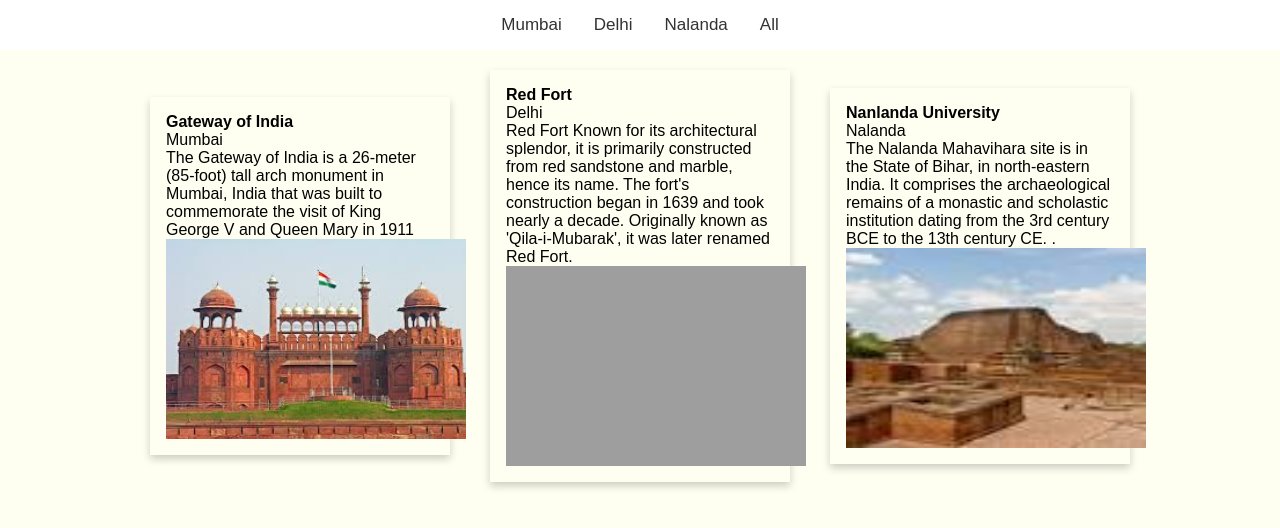
Repository: Muskan1Kumari4draw/React-app-with-concept
Page: /
The author's editor kept a copy of each file at every save. The page is drawn from the files as they stood at one save, then again after the next save.
The browser window is 1280 px wide. The pictures show the whole page.
Pictures or frames that could not be fetched are drawn as grey boxes. The project was rebuilt for these pictures with package versions that can differ from the ones it lists, and the page was loaded fresh each time.

Above is the page before, as saved 2024-10-02 11:13:06.

After the next save:
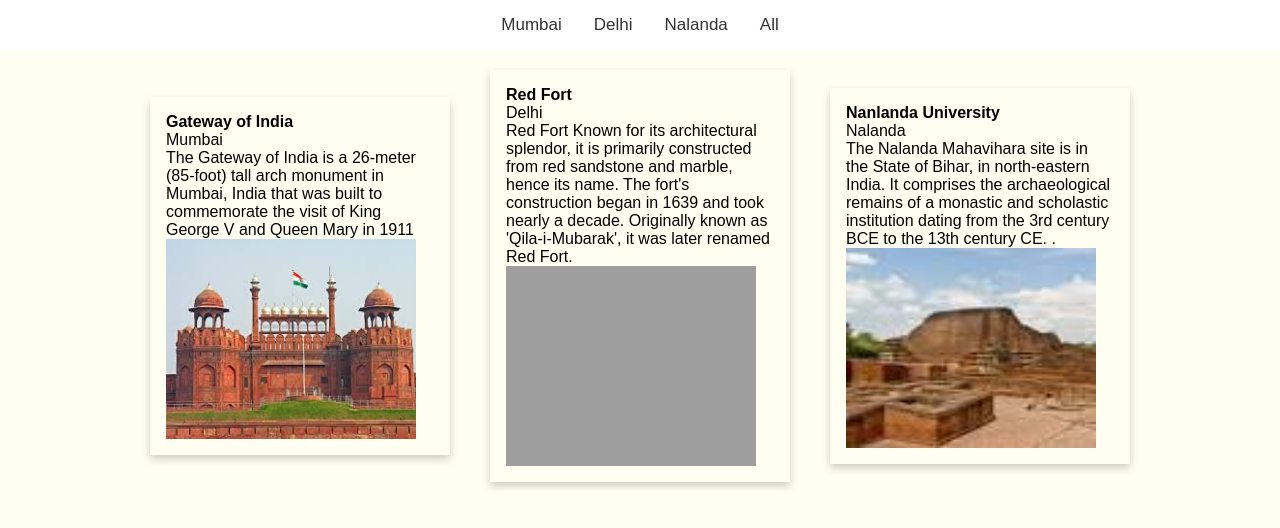
Saved 12 s later.
--- a/src/component/Basic/style.css
+++ b/src/component/Basic/style.css
@@ -187,7 +187,7 @@ body {
 }
 
 .container img {
-  width: 300px;
+  width: 250px;
   height: 200px;
   display: block;
 }
